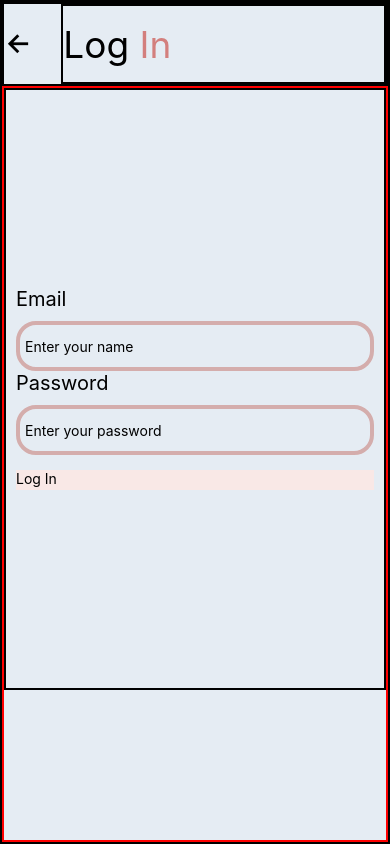
Repository: kgayathridevi/pregband
Screen: /Log
An editor plug-in stored every save of this project. The screen is shown before and after the next save, followed by the edit.
The app was drawn by React Native's web renderer in a window 390 px wide. The project was rebuilt for these pictures with package versions that can differ from the ones it lists, and the page was loaded fresh each time. Also part of the build but not shown: component/SignUpScreen.jsx, component/Home.jsx.

Above is the screen before, as saved 2023-04-28 15:13:05.

After the next save:
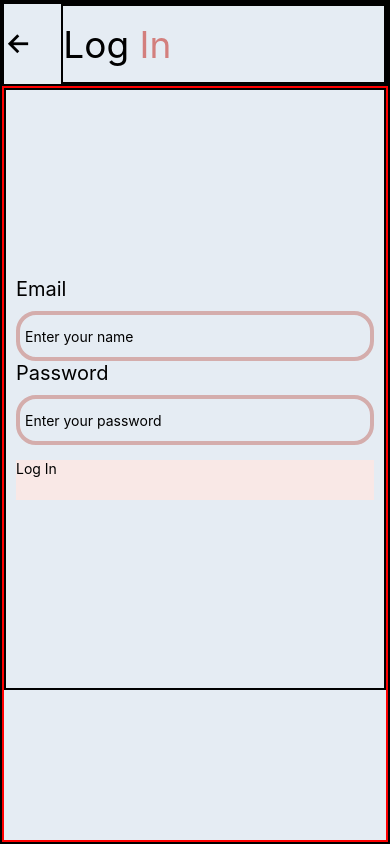
Saved 6 s later.
--- a/component/LogInScreen.jsx
+++ b/component/LogInScreen.jsx
@@ -95,6 +95,6 @@ const styles = StyleSheet.create({
   },
   logBtn: {
     backgroundColor: "#F9E8E6",
-    height: 20,
+    height: 40,
   },
 });
